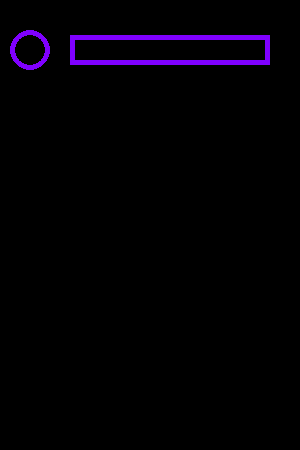
Repository: jontslater/idleclicker
Script's output: python main.py
An editor plug-in stored every save of this project. The script's output is shown before and after the next save, followed by the edit.
The window is shown after at most 60 frames with no key pressed. Random numbers start from a fixed seed.

Above is the script's output before, as saved 2025-04-07 13:24:05.

After the next save:
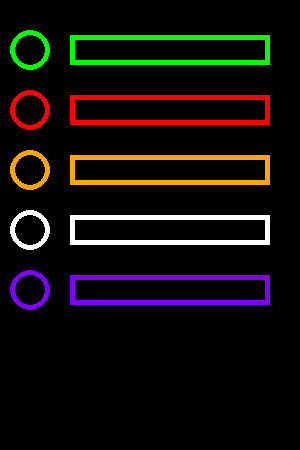
Saved 41 s later.
--- a/main.py
+++ b/main.py
@@ -34,10 +34,10 @@ while running:
 
     screen.fill(background)
     draw_task(green, 50)
-    draw_task(red, 50)
-    draw_task(orange, 50)
-    draw_task(white, 50)
-    draw_task(purple, 50)
+    draw_task(red, 110)
+    draw_task(orange, 170)
+    draw_task(white, 230)
+    draw_task(purple, 290)
     pygame.display.update()
 
 pygame.quit()
